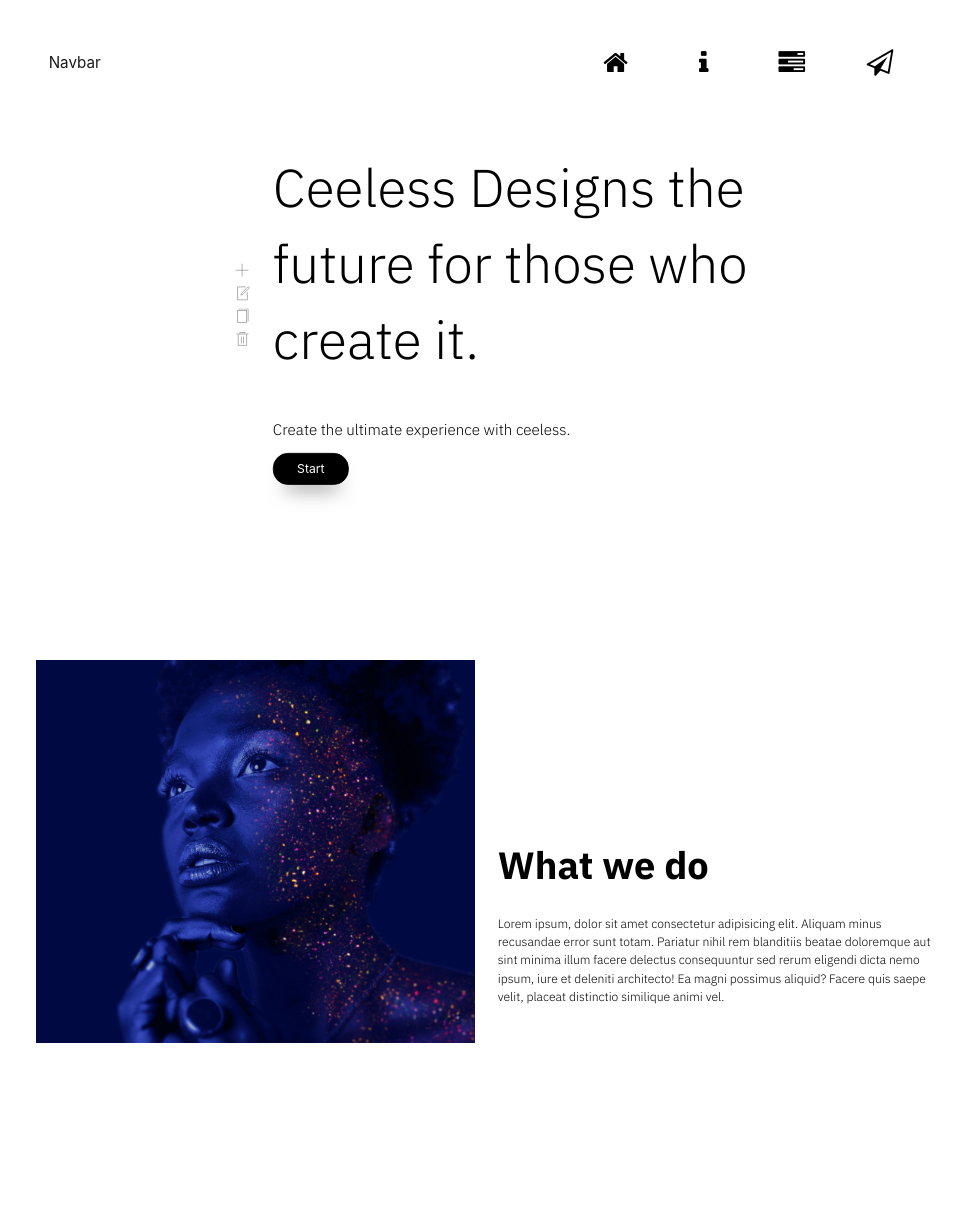
Repository: latenightsnacc/ceeless
Page: index.html
These files come from the project's save history. The page is drawn as it stood at one moment and after the next save; the edit follows.
The browser window is 1280 px wide. The pictures show the whole page, at 76% of full size.
Some web libraries are served in a nearby version. The style sheet was rebuilt from its Sass, Less or Tailwind sources for each picture, by a compiler version that may differ from the author's.

Above is the page before, as saved 2020-06-12 15:47:10.

After the next save:
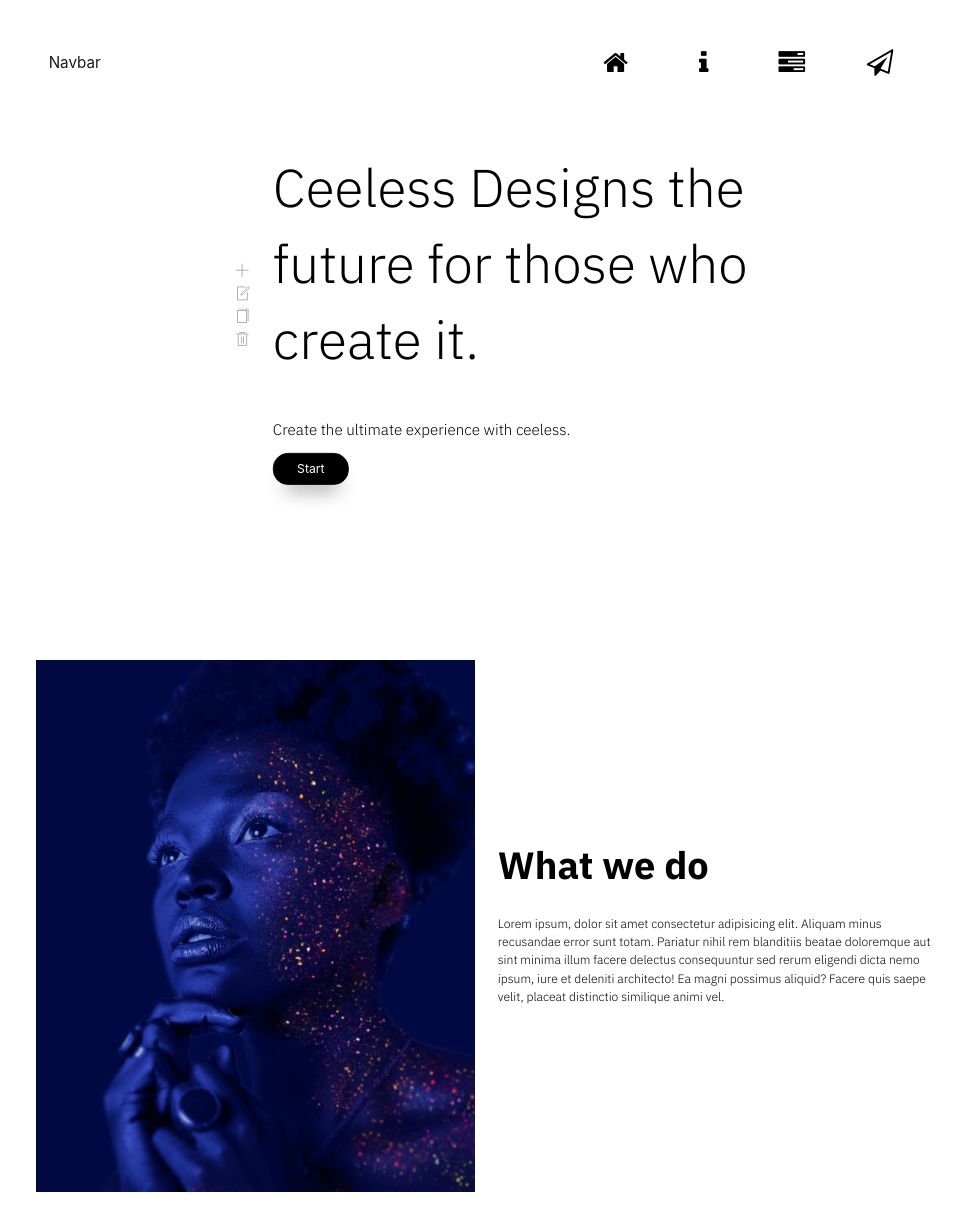
Saved 4 min 54 s later.
--- a/index.html
+++ b/index.html
@@ -83,7 +83,7 @@
                 <div class="col">
                     <div class="uk-position-relative uk-visible-toggle uk-light" tabindex="-1" uk-slideshow="min-height: 700; max-height: 1200, autoplay: true autoplay-interval: 6000 pause-on-hover: true" >
 
-                        <ul class="uk-slideshow-items" uk-height-viewport="offset-top: true; offset-bottom: 30">
+                        <ul class="uk-slideshow-items" >
                             <li>
                                 <img src="assets/DemoImage1.jpg" alt="" uk-cover>
                             </li>
